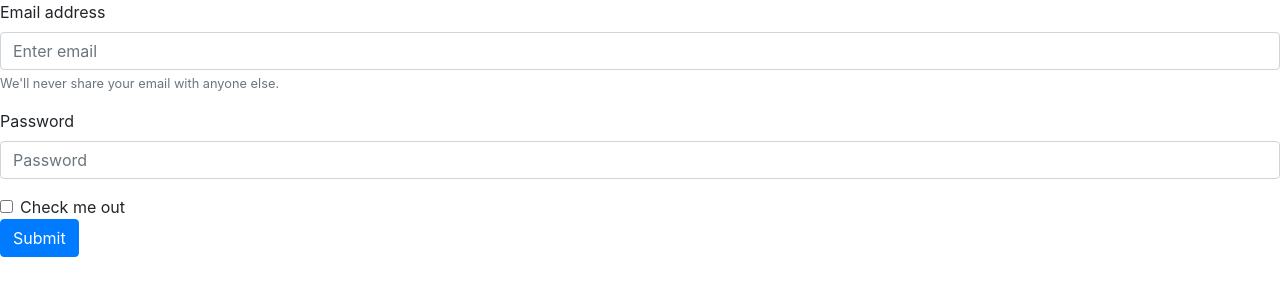
Repository: thiagosfideles/aprendendo-git
Page: index.html
The author's editor kept a record of every edit. The page is drawn from the files as they stood at one moment, then again after the next edit.
The browser window is 1280 px wide. The pictures show the whole page.

Above is the page before.
Console error: TypeError: Cannot read properties of undefined (reading 'fn')

After the next edit:
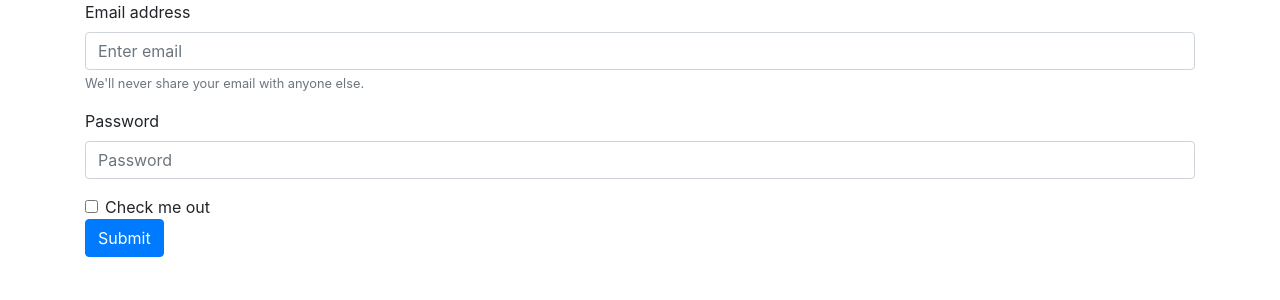
The edit:
--- a/index.html
+++ b/index.html
@@ -5,7 +5,7 @@
     <link rel="stylesheet" href="https://stackpath.bootstrapcdn.com/bootstrap/4.3.1/css/bootstrap.min.css" type="text/css" />
 </head>
 <body>
-    <div class"container-fluid">
+    <div class="container">
     <form>
   <div class="form-group">
     <label for="exampleInputEmail1">Email address</label>
